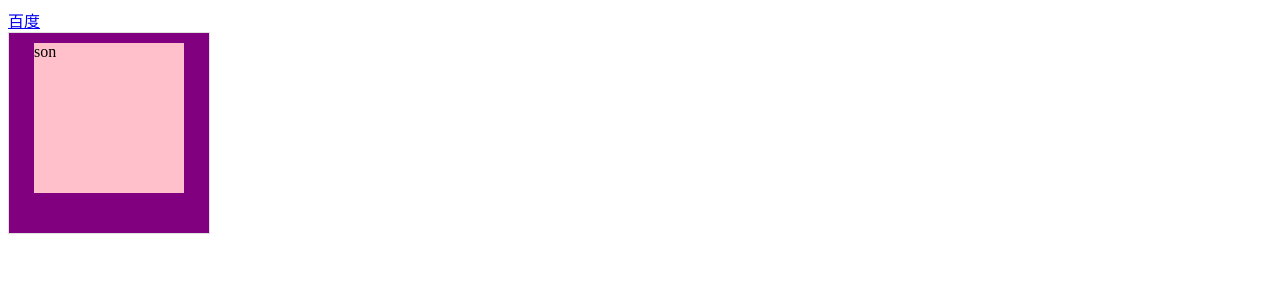
Repository: Sky0258/study
Page: js/阻止默认行为.html
The author's editor kept a copy of each file at every save. The page is drawn from the files as they stood at one save, then again after the next save.
The browser window is 1280 px wide. The pictures show the whole page.

Above is the page before, as saved 2022-09-12 11:06:20.

After the next save:
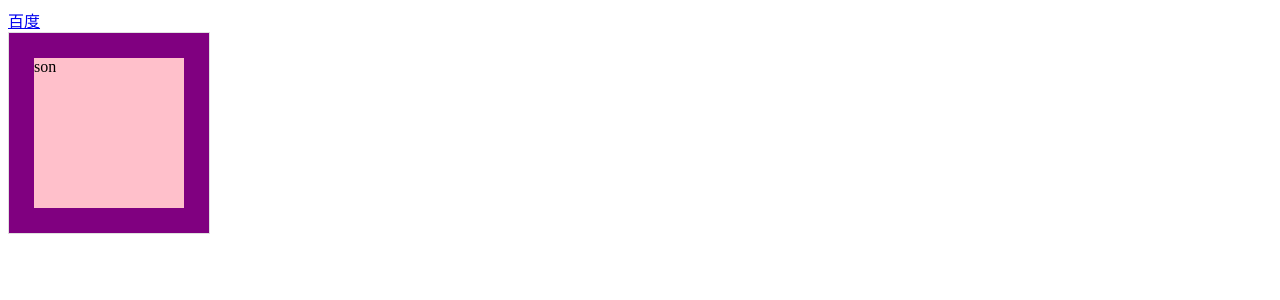
Saved 10 s later.
--- a/js/阻止默认行为.html
+++ b/js/阻止默认行为.html
@@ -19,7 +19,7 @@
         height: 150px;
         background-color: pink;
         margin: auto;
-        margin-top: 10px;
+        margin-top: 25px;
     }
 </style>
 <body>
